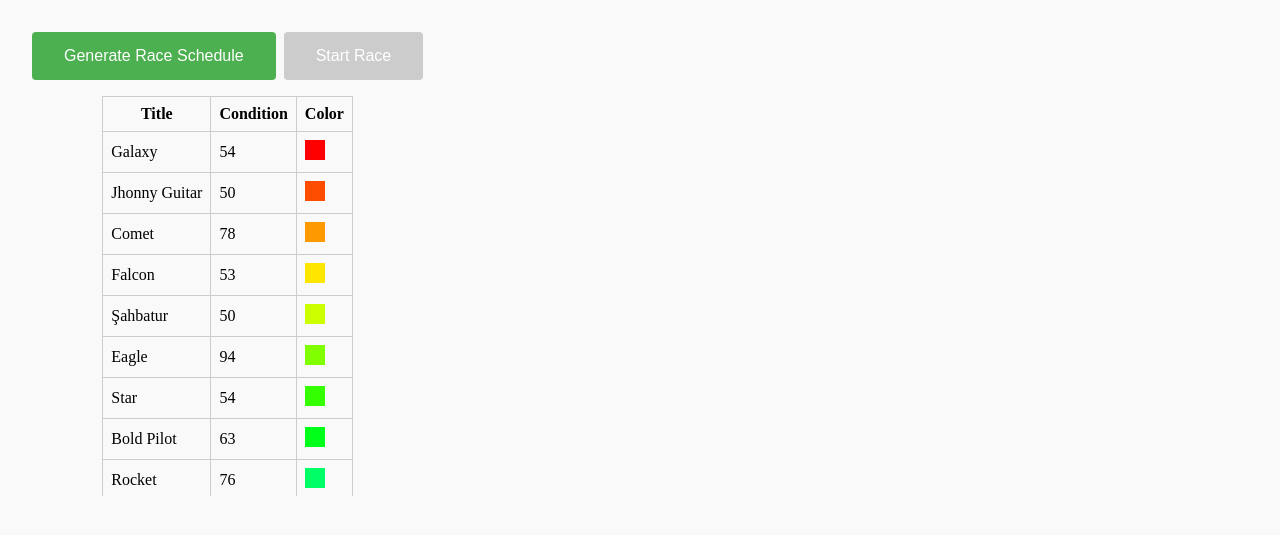
Repository: akinankarali/horse-racing-game
Page: /
These files come from the project's save history. The page is drawn as it stood at one moment and after the next save; the edit follows.
The browser window is 1280 px wide. The pictures show the whole page.
The project was rebuilt for these pictures with package versions that can differ from the ones it lists, and the page was loaded fresh each time. The framework's server and built-in components were replaced by stand-ins that run in the browser. Also part of the build but not shown: nuxt.config.ts, components/Results.vue. Imported but missing from the stored project, and not drawn on this page: store/setting.

Above is the page before, as saved 2024-06-09 21:36:23.

### store/index.ts
import { MutationTree, ActionTree, GetterTree } from 'vuex';
import { Horse, RaceState } from './types';

const horseTitles = [
  'Şahbatur', 'Bold Pilot', 'Yavuzhan', 'Thunderbolt', 'Jhonny Guitar',
  'Murphy', 'Majesty', 'Comet', 'Star', 'Galaxy',
  'Nova', 'Meteor', 'Phoenix', 'Pegasus', 'Ranger',
  'Rocket', 'Sparrow', 'Eagle', 'Falcon', 'Mustang'
];

export const state = (): RaceState => ({
  horses: [],
  selectedHorses: [[], [], [], [], [], []],
  raceSchedule: [1200, 1400, 1600, 1800, 2000, 2200],
  raceResults: [],
  currentRound: 0,
});

export const getters: GetterTree<RaceState, RaceState> = {
  allHorses: state => state.horses,
  raceResults: state => state.raceResults,
  selectedHorses: state => state.selectedHorses,
  currentRound: state => state.currentRound,
  raceSchedule: state => state.raceSchedule,
};

export const mutations: MutationTree<RaceState> = {
  SET_HORSES(state: RaceState, horses: Horse[]) {
    state.horses = horses;
  },
  SET_SELECTED_HORSES(state: RaceState, horses: Horse[][]) {
    state.selectedHorses = horses;
  },
  ADD_RACE_RESULT(state: RaceState, result: string) {
    state.raceResults.push(result);
  },
  RESET_RACE_RESULTS(state: RaceState) {
    state.raceResults = [];
  },
  UPDATE_HORSE_CONDITION(state: RaceState, updatedHorse: Horse) {
    const horse = state.horses.find(h => h.id === updatedHorse.id);
    if (horse) {
      horse.condition = updatedHorse.condition;
    }
  },
  UpdateCurrentRound(state: RaceState, round: number) {
    state.currentRound = round;
  },

};

export const actions: ActionTree<RaceState, RaceState> = {
  generateHorses({ commit }) {
    const shuffledTitles = horseTitles.sort(() => Math.random() - 0.5);

    const horses: Horse[] = Array.from({ length: 20 }, (_, i) => {
      const hue = (i * 18) % 360;
      const condition = Math.floor(Math.random() * 100) + 1;

      return {
        id: i + 1,
        title: shuffledTitles[i],
        color: `hsl(${hue}, 100%, 50%)`,
        condition: condition < 50 ? 50 : condition,
        position: 0
      };
    });

    commit('SET_HORSES', horses);
  },
  generateRaceSchedule({ commit, state }) {

    const shuffleArray = (array: any[]) => {
      for (let i = array.length - 1; i > 0; i--) {
        const j = Math.floor(Math.random() * (i + 1));
        [array[i], array[j]] = [array[j], array[i]];
      }
      return array;
    };

    const raceRounds: Horse[][] = [];

    for (let roundIndex = 0; roundIndex < 6; roundIndex++) {
      const roundHorses = [];
      const availableHorses = [...state.horses];
      for (let i = 0; i < 10; i++) {
        const randomIndex = Math.floor(Math.random() * availableHorses.length);
        const selectedHorse = availableHorses[randomIndex];

        roundHorses.push(selectedHorse);
        availableHorses.splice(randomIndex, 1);
      }

      raceRounds.push(shuffleArray(roundHorses));
    }

    commit('SET_SELECTED_HORSES', raceRounds);
  },

  async startRace({ commit, state }) {
    commit('RESET_RACE_RESULTS');

    for (let roundIndex = 0; roundIndex < 6; roundIndex++) {
      const distance = state.raceSchedule[roundIndex];
      const roundHorses = state.selectedHorses[roundIndex].map(horse => ({ ...horse }));

      for (let second = 0; second < (6 + roundIndex); second++) {
        await new Promise(resolve => setTimeout(resolve, 1000));

        roundHorses.forEach(horse => {
          horse.condition -= Math.floor(Math.random() * 5) + 1;
          if (horse.condition < 0) {
            horse.condition = 0;
          }
          commit('UPDATE_HORSE_CONDITION', horse);
        });

        const runResult = {
          distance,
          horses: roundHorses.map(horse => ({
            id: horse.id,
            title: horse.title,
            condition: horse.condition,
          })),
        };

        commit('UpdateCurrentRound', roundIndex );
        commit('ADD_RACE_RESULT', runResult);
      }

      const winner = roundHorses.reduce((prev, current) => (prev.condition > current.condition) ? prev : current);
      const winnerResult = `${roundIndex + 1 }: ${winner.title} (${winner.condition})`;

      commit('ADD_RACE_RESULT', {
        distance,
        horses: roundHorses,
        winnerResult,
      });
    }
  },
};

### store/types.ts
export interface Horse {
    id: number;
    title: string;
    color: string;
    condition: number;
    position?: number ;
  }

  export interface RaceState {
    horses: Horse[];
    selectedHorses: Horse[][];
    raceSchedule: number[];
    raceResults: string[];
    currentRound: number;
  }

### pages/index.vue
<template>
  <div class="horse-racing-day">
    <div class="racing-wrapper">
      <div class="information-section">
        <Race />
      </div>

      <div class="race-board-section">
        <h4 v-if="selectedHorses[currentRound].length">
          Round {{ currentRound + 1 }} - {{ raceSchedule[currentRound] }}m
        </h4>
        <RaceBoard />
      </div>
    </div>

    <div class="result-section">
      <Results v-if="selectedHorses[currentRound].length" />
    </div>
  </div>
</template>

<script lang="ts">
import Race from '../components/Race.vue';
import Results from '../components/Results.vue';
import RaceBoard from '../components/RaceBoard.vue';

import { mapGetters } from 'vuex';

export default {
  name: 'Home',
  components: {
    Race,
    Results,
    RaceBoard,
  },

  computed: {
    ...mapGetters({
      currentRound: 'currentRound',
      selectedHorses: 'selectedHorses',
      raceSchedule: 'raceSchedule',
    }),
  },
};
</script>

<style scoped lang="scss">
.horse-racing-day {
  display: flex;
  flex-direction: column;

  .racing-wrapper {
    display: flex;
    margin-bottom: 20px;
    gap: 20px;

    .race-board-section {
      flex: 1;
    }

    .information-section {
      padding: 24px;
      display: flex;
      align-items: center;
    }
  }
}
</style>

<style lang="scss">
html {
  background-color: #f9f9f9;
}
</style>

### components/Race.vue
<template>
  <div class="race">
    <div class="race-buttons">
      <Button
        title="Generate Race Schedule"
        @action="generateRaceScheduleMethod"
      />
      <Button title="Start Race" @action="startRace" :disabled="isDisabled" />
    </div>
    <div class="horse-list">
      <HorseTable />
    </div>
  </div>
</template>

<script lang="ts">
import { mapActions, mapGetters } from 'vuex';
import HorseTable from './HorseTable.vue';
import Button from '../components/Button.vue';

export default {
  components: {
    HorseTable,
    Button,
  },
  data() {
    return {
      isDisabled: true,
    };
  },
  computed: {
    ...mapGetters({
      allHorses: 'allHorses',
      raceResults: 'raceResults',
      selectedHorses: 'selectedHorses',
    }),
  },
  methods: {
    ...mapActions({
      generateHorses: 'generateHorses',
      generateRaceSchedule: 'generateRaceSchedule',
      startRace: 'startRace',
    }),

    generateRaceScheduleMethod() {
      this.isDisabled = false;
      this.generateRaceSchedule();
    },
  },
  mounted() {
    this.generateHorses();
  },
};
</script>

<style scoped lang="scss">
.race {
  display: flex;
  flex-direction: column;
  align-items: center;
}
.horse-list {
  max-width: 300px;
  max-height: 400px;
  height: 100%;
  overflow: scroll;
}
.race-buttons {
  display: flex;
  gap: 8px;
  margin-bottom: 16px;
}
</style>

### components/RaceBoard.vue
<template>
  <div class="race-board" v-if="selectedHorses[currentRound].length">
    <div
      v-for="horse in selectedHorses[currentRound]"
      :key="horse.id"
      class="horse"
      :style="{ transform: `translateX(${horse.position * 10}px)` }"
    >
      {{ horse.title }}
      <img
        class="horse-img"
        src="../assets/horse.svg"
        alt=""
        :style="{ filter: horse.filter }"
      />
    </div>
  </div>
</template>

<script lang="ts">
import { mapGetters } from 'vuex';

export default {
  name: 'RaceBoard',
  computed: {
    ...mapGetters({
      selectedHorses: 'selectedHorses',
      currentRound: 'currentRound',
    }),
  },
};
</script>

<style scoped>
.race-board {
  width: 100%;
  height: 100%;
  max-height: 89%;
  border: 1px solid #ccc;
  overflow: hidden;
  background-color: #e88d67;
  border-radius: 4px;
}

.horse-img {
  -webkit-transform: scaleX(-1);
  transform: scaleX(-1);
  width: 24px;
  height: 24px;
}

.horse {
  display: flex;
  flex-direction: column;
  border-bottom: 1px solid #ccc;
  padding: 4px;
  position: relative;
}
</style>

### components/HorseTable.vue
<template>
  <table>
    <thead>
      <tr>
        <th>Title</th>
        <th>Condition</th>
        <th>Color</th>
      </tr>
    </thead>
    <tbody>
      <tr v-for="horse in allHorses" :key="horse.id">
        <td>{{ horse.title }}</td>
        <td>{{ horse.condition }}</td>
        <td>
          <div
            :style="{
              backgroundColor: horse.color,
              width: '20px',
              height: '20px',
            }"
          ></div>
        </td>
      </tr>
    </tbody>
  </table>
</template>

<script lang="ts">
import { mapGetters } from 'vuex';

export default {
  name: 'HorseTable',
  computed: {
    ...mapGetters({
      allHorses: 'allHorses',
    }),
  },
};
</script>

<style scoped>
table {
  width: 100%;
  border-collapse: collapse;
}

th,
td {
  padding: 8px;
  border: 1px solid #ccc;
}

th {
  background-color: #f9f9f9;
}

div {
  display: inline-block;
}
</style>

### components/Button.vue
<template>
  <div>
    <button :disabled="disabled" @click="handleAction">{{ title }}</button>
  </div>
</template>

<script lang="ts">
export default {
  props: {
    title: {
      type: String,
      required: true,
    },
    disabled: {
      type: Boolean,
      default: false,
    },
  },
  methods: {
    handleAction() {
      this.$emit('action');
    },
  },
};
</script>

<style scoped lang="scss">
button {
  background-color: #4caf50;
  border: none;
  color: white;
  padding: 15px 32px;
  text-align: center;
  text-decoration: none;
  display: inline-block;
  font-size: 16px;
  cursor: pointer;
  border-radius: 4px;

  &:hover {
    background-color: #45a049;
  }

  &:disabled {
    background-color: #cccccc;
    cursor: not-allowed;
  }
}
</style>

After the next save:
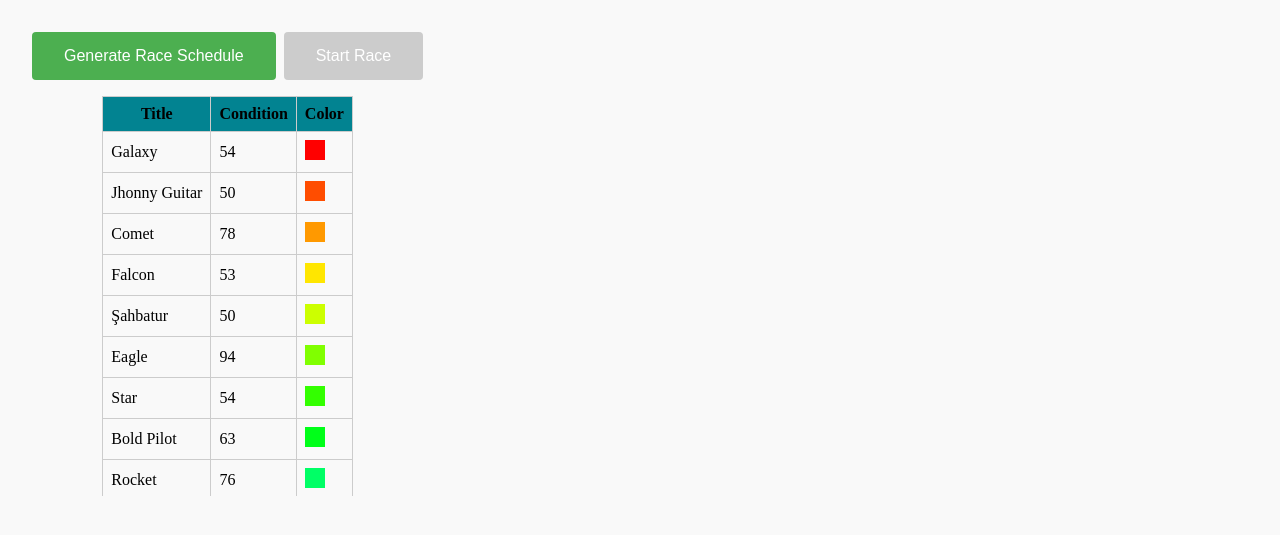
Saved 3 min 28 s later.
--- a/components/HorseTable.vue
+++ b/components/HorseTable.vue
@@ -51,7 +51,7 @@ td {
 }
 
 th {
-  background-color: #f9f9f9;
+  background-color: #028391;
 }
 
 div {
